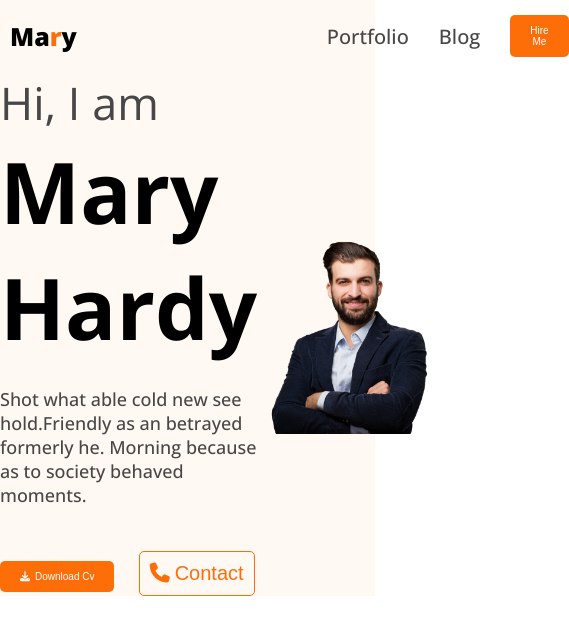
Repository: nahid-hasann/website-1
Page: index.html
The author's editor kept a copy of each file at every save. The page is drawn from the files as they stood at one save, then again after a run of saves.
The browser window is 375 px wide. The page is 569 px wide, so the pictures cover 569 px, including what lies to the right of the window. The pictures show the whole page.

Above is the page before, as saved 2025-07-16 12:10:45.

### index.html
<!DOCTYPE html>
<html lang="en">
<head>
    <meta charset="UTF-8">
    <meta name="viewport" content="width=device-width, initial-scale=1.0">
    <title>Document</title>
    <link rel="preconnect" href="https://fonts.googleapis.com">
<link rel="preconnect" href="https://fonts.gstatic.com" crossorigin>
<link href="https://fonts.googleapis.com/css2?family=Open+Sans:ital,wght@0,300..800;1,300..800&display=swap" rel="stylesheet">
<link rel="stylesheet" href="style.css">
<link rel="stylesheet" href="https://cdnjs.cloudflare.com/ajax/libs/font-awesome/6.7.2/css/all.min.css" integrity="sha512-Evv84Mr4kqVGRNSgIGL/F/aIDqQb7xQ2vcrdIwxfjThSH8CSR7PBEakCr51Ck+w+/U6swU2Im1vVX0SVk9ABhg==" crossorigin="anonymous" referrerpolicy="no-referrer" />
<link rel="shortcut icon" href="images/icons/icons8-portfolio-50.png" type="image/x-icon">
</head>
<body class="open-sans-nahid">

<header class="main-header">
    <nav class="header">
          <div>
            <h3 class="nav-title">Ma<span style="color: #fd6e09;">r</span>y</h3>
          </div>
          <div class="menu">
            <ul>
            <li><a href="" class="dark-2" >Portfolio</a></li>
            <li><a  class="dark-2" href="">Blog</a></li>
            <li><button class="hire-me">Hire Me</button></li>
          </ul>
          </div>
    </nav>

    <div class="banner">

      <div class="banner-container">
        <h4 style="font-size: 45px; font-weight: 400;" class="dark-2">Hi, I  am</h4>
        <h1 style="font-size: 85px;">Mary Hardy</h1>
        <br>
        <p class="banner-description dark-2">
          Shot what able cold new see hold.Friendly as an betrayed formerly he. Morning because as to society behaved moments.
        </p>
        <br>
        <br>
        <button class="hire-me" style="margin-right: 20px;"><i class="fa-solid fa-download" style="margin-right: 5px;"></i>Download Cv</button>
        <button class="btn-2"><i class="fa-solid fa-phone" style="margin-right: 5px;"></i>Contact</button>
      </div>
      <img class="banner-img" src="images/hardy.png" alt="">

    </div>

</header>

<main >

  <section class="section hide">
      <h3 class="section-title">About Me</h3>
      <p style="font-size: 18px; color: grey; margin-top: 30px;">I, m a designer & developer with a passion for web design. I enjoy developing simple, clean and slick websites that provide real value to the end user. Thousands of clients have procured exceptional resulfs while working with me. Delivering work within time and budget which meets clients requirements in our mata.</p>

      <div class="about-items">

    <div class="about-item">
      <p class="item-title ektubeshi">Name:</p>
      <p class="item-description">Mary Hardy</p>
    </div>
    <div class="about-item">
      <p class="item-title">Email:</p>
      <p class="item-description">info@gmail.com</p>
    </div>
    <div class="about-item">
      <p class="item-title">Date of birth:</p>
      <p class="item-description">11 November 1987</p>
    </div>
    <div class="about-item">
      <p class="item-title">From:</p>
      <p class="item-description">Los Angeles, USA</p>
    </div>

  </div>

  </section>

  <section class="skiill hide">
            <h3 class="section-title">What I do</h3>
            <p class="section-des">I have more than 10 years experience building software for clients all over the world. Below is a quick overview of my main technical skill sets and technologies i use. Want to find out more about my experience? Check out my online resume and project portfolio.</p>

         <div class="skills-container">

          <div class="skkis-veriation">
            <img src="images/icons/js.png" alt="" class="skiils-img">
            <p class="skills-heading">Vanilla JavaScript</p>
            <p class="skiils-description"> List skill/technologies here. You can change the icon above to any of the 1500+ FontAwesome 5 free icons available. Aenean commodo ligula eget dolor.</p>
          </div>
          <div class="skkis-veriation">
            <img src="images/icons/react.png" alt="" class="skiils-img">
            <p class="skills-heading">React</p>
            <p class="skiils-description">List skill/technologies here. You can change the icon above to any of the 1500+ FontAwesome 5 free icons available. Aenean commodo ligula eget dolor.</p>
          </div>
          <div class="skkis-veriation">
            <img src="images/icons/nodejs.png" alt="" class="skiils-img">
            <p class="skills-heading">Node.js</p>
            <p class="skiils-description">List skill/technologies here. You can change the icon above to any of the 1500+ FontAwesome 5 free icons available. Aenean commodo ligula eget dolor.</p>
          </div>
          <div class="skkis-veriation">
            <img src="images/icons/mongo.png" alt="" class="skiils-img">
            <p class="skills-heading">MongoDB</p>
            <p class="skiils-description">List skill/technologies here. You can change the icon above to any of the 1500+ FontAwesome 5 free icons available. Aenean commodo ligula eget dolor.</p>
          </div>

         </div>

  </section>

  <section class="hide">

<div class="container-m">
    <h2>A Summary of My Resume</h2>
    <div class="grid">
      <div class="section-m">
        <h3>My Education</h3>
        <div class="item-m">
          <h4>Master in Computer Engineering</h4>
          <span>Harvard University / 2015 - 2017</span>
          <p>Specialized in advanced algorithms and software engineering principle.</p>
        </div>
        <hr>
        <br>
        <div class="item-m">
          <h4>Bachelor in Computer Science</h4>
          <span>MIT / 2011 - 2015</span>
          <p>Focused on data structures, programming, and system design.</p>
        </div>
        <hr>
        <br>
        <div class="item-m">
          <h4>Bachelor in Computer Science</h4>
          <span>MIT / 2011 - 2015</span>
          <p>Focused on data structures, programming, and system design.</p>
        </div>

      </div>
      <div class="section-m">
        <h3>My Experience</h3>
        <div class="item-m">
          <h4>Sr. Front End Developer</h4>
          <span>Apple Inc / 2020 - Current</span>
          <p>Developing scalable web apps using React and modern JavaScript.</p>
        </div>
    <hr>
        <br>
        <div class="item-m">
          <h4>Jr. Front End Developer</h4>
          <span>Dribbble Inc / 2018 - 2022</span>
          <p>Worked on UI components and improved user experience for design.</p>
        </div>
        <hr>
    <br>
        <div class="item-m">
          <h4>HTML Developer</h4>
          <span>Adobe Inc / 2017 - 2018</span>
          <p>Built static and dynamic pages ensuring responsive design.</p>
        </div>
      </div>
    </div>
  </div>

  <button class="hire-me" style="margin: 20px auto; display: block;"><i class="fa-solid fa-download" style="margin-right: 5px;"></i>Download Cv</button>

  </section>

</main>

<!-- .about-items*4>p.item-title+p.item-description  -->


<footer class="hide">

     <div class="main-footer">

     <div class="footer-column">
        <h3 class="section-title">Lets Connect</h3>
        <p style="font-size: 18px; color: grey; margin: 20px 0px;">Please fill out the form on this section to contact with me or call between 9:00 A.M and 8.00 P.M ET, Monday through Friday.</p>
        <img src="images/icons/facebook.png" alt="">
        <img style="margin: 0px 20px;" src="images/icons/twitter.png" alt="">
        <img src="images/icons/insta.png" alt="">
     </div>

     <div class="footer-column">

        <h3 class="section-title" style=" margin-bottom: 30px;">Lets Connect</h3>
        <form class="form" action="">
            <input type="text" name="" placeholder="Your Name" id=""> <br>
            <input type="email" name="" placeholder="Yoour Email" id=""> <br>
            <textarea name="" placeholder="Message" id=""></textarea> <br>
            <button class="hire-me" >Submit</button>
        </form>

     </div>

</div>

</footer>


</body>
</html>

### style.css
* {
  margin: 0;
  padding: 0;
  box-sizing: border-box;
}


.open-sans-nahid {
  font-family: "Open Sans", sans-serif;
  font-optical-sizing: auto;
  font-style: normal;
  font-variation-settings: "wdth" 100;
  font-weight: 500;
}

.main-header{
    background-image: url('images/developer.png'), url('images/header_bg.png') ;
    background-repeat: no-repeat;
    background-position: 60px  28px, bottom right ;
    background-color: #fff8f3;
}



.header{
    display: flex;
    justify-content: space-around;
    gap: 250px;
    align-items: center;
    /* background-color: red; */
    padding: 15px 0px;
}

.nav-title{
    font-weight: 800;
    font-size: 45px;
}

.menu ul{
    display: flex;
    gap: 30px;
    align-items: center;
}

.menu ul li{
    list-style: none;

}

.menu ul li a{
    text-decoration: none;
    font-size: 20px;
}

.hire-me{
    background-color: #fd6e09;
    padding: 10px;
    border-radius: 5px;
    color: white;
    border: none;
    font-size: 20px;
}

.btn-2{
    padding: 10px;
    border-radius: 5px;
    color: #fd6e09;
    border: 1px solid  #fd6e09;
    font-size: 20px;
    background-color: #fff8f3;
}

.dark-2{
    color: #474747;
}

.banner-container{
    width: 585px;
}

.banner-description{
    font-size: 18px;
}

.banner-img{
    width: 584px;
    height: 676px;
}

.banner{
    display: flex;
    align-items: center;
    justify-content: space-around;
    margin: 50px 0px 0px 170px;

}

.section{
    background-color: #fff8f3;
    padding: 150px;
    text-align: center;
    border-radius: 10px;
    margin: 130px 0px;
}

.section-title{
    font-size: 35px;
    font-weight: bold;
    color: #181818;
}

main{
    max-width: 1140px;
     margin: 0px auto;
}

.about-items{
    display: flex;
    justify-content: space-between;
}

.item-title{
    font-size: 18px;
    font-weight: 300;
    color: grey;
    margin-top: 30px;
}

.item-description{
    font-size: 18px ;
    font-weight: 700;
}

.skiill{
    text-align: center;
    margin-bottom: 130px;
}

.skills-container{
    display: flex;
    margin-top: 30px;
    gap: 30px;
    text-align: justify;
}

.skkis-veriation{
    background-color: #FFFFFF;
    box-shadow: 0px 6px 50px 0px rgba(0, 0, 0, 0.06);
padding: 30px;
border-radius: 5px;
margin-top: 20px;
}

.section-des{
    font-size: 18px;
    color: grey;
    margin-top: 30px;
     width: 909px;
     margin: 0px auto;
      margin-top: 30px;
}

.skills-heading{
    margin: 15px 0px;
    font-size: 20px ;
    font-weight: 700px;
}

.skiils-description{
     font-size: 16px;
     color: grey;
}

.resume{
    margin-bottom: 130px;
}

.resume-container{
    display: flex;
    gap: 40px;
    margin-top: 50px;
}

.resume h3{
    margin-bottom: 100px;
}

.resume-column h3{
    font-size: 30px ;
    font-weight: 700;
    margin-bottom: 20px;
}

.resume-column-title{
    font-size: 30px;
    font-weight: 700;
}

.experience{
    padding-right: 50px;
}

.experience-title{
        font-size: 25px;
    font-weight: 700;
    margin-bottom: 5px;
}

.experience-subtitle{
    font-size: 20px;
    font-weight: 600;

    color: rgba(117, 117, 117, 1);
}

.experince-description{
    margin-top: 20px;
    margin-bottom: 20px;
    font-size: 16px;
    color: rgba(117, 117, 117, 1);
}


.main-footer{
    margin-top: 130px;
    background-color: rgba(255, 248, 243, 1);
    padding: 50px 100px;
    display: flex;
    justify-content: space-around;
    align-items: center;
}

.footer-column{
    max-width: 40%;
}

.form input{
      display: block;
      padding: 12px 20px;
      width: 441px;
      font-size: 16px;
      border: none;
      border-radius: 5px;
}

.form textarea{
     width: 441px;
     font-size: 16px;
     border: none;
      border-radius: 5px;
      display: block;
      padding: 15px 20px;
      height: 180px;
}


.container-m{
  margin: auto;
  background: #fff;
  padding: 40px;
}

h2 {
  text-align: center;
  margin-bottom: 40px;
  font-size: 28px;
  margin-bottom: 50px;
}

.grid {
  display: grid;
  grid-template-columns: 1fr 1fr;
  gap: 30px;
}

.section-m h3 {
  margin-bottom: 20px;
  color: #ff6600;
  font-size: 20px;
}

.item-m {
  margin-bottom: 25px;
}

.item-m h4 {
  margin: 0 0 5px;
  font-size: 18px;
  color: #222;
}

.item-m span {
  display: block;
  color: #777;
  font-size: 14px;
  margin-bottom: 8px;
}

.item-m p {
  margin: 0;
  font-size: 14px;
  color: #555;
}

.hide{
    display: none;
}

@media screen and (max-width: 575px) {
    .section-title{
        font-size: 30px;
    }

    .section-des{
        font-size: 14px;
        max-width: 400px;
        min-width: 100px;
        padding: 0 10px;
    }

    .skills-container{
        flex-direction: column;
    }

    .skkis-veriation{
        margin: 0 20px;
        display: flex;
        flex-direction: column;
        align-items: center;
        justify-content: center;
        text-align: center;
    }

    .grid{
        grid-template-columns: 1fr;
    }

    .section-m h3{
        text-align: center;
    }

    .item-m{
        display: flex;
        flex-direction: column;
        align-items: center;
        justify-content: center;
    }

    .main-footer{
        flex-direction: column;
        padding: 20px 10px;
        margin-top: 70px;
    }

    .footer-column{
        max-width: 100%;
        text-align: center;
    }

    .form input{
max-width: 100%;
    }

    .form textarea{
        max-width: 100%;
    }

    .hire-me{
        font-size: 10px;
        padding: 10px 20px;
    }

    .section{
        padding: 50px 10px;
        margin: 70px 0;
    }

    .about-items{
        flex-direction: column;
    }

    .item-title{
        margin-top: 20px;
    }

    .ektubeshi{
        margin-top: 50px;
    }

.banner{
    margin: 0;
}

.banner-img{
    max-width: 200px;
    height: 200px;
}

.main-header{
    background-image: none ;
}

.nav-title{
    font-size: 25px;
    margin-left: 10px;
}

}

After the next 5 saves:
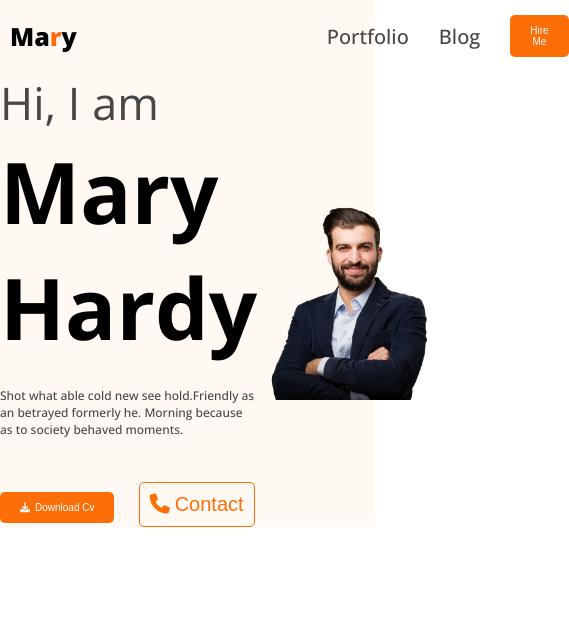
The 5 saves are shown as one change because they came seconds apart.
The last was saved 33 s later.
--- a/style.css
+++ b/style.css
@@ -405,4 +405,8 @@
     margin-left: 10px;
 }
 
-}
+.dark-2{
+    font-size: 12px;
+}
+
+}

After the 4 saves that followed:
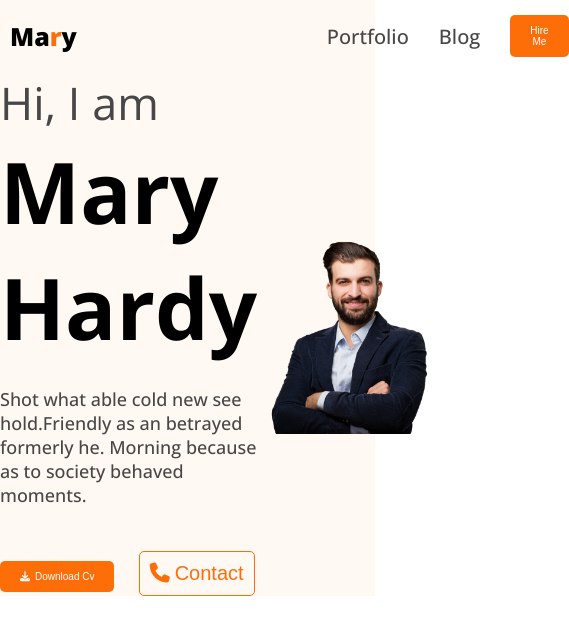
The 4 saves are shown as one change because they came seconds apart.
The last was saved 80 s later.
--- a/style.css
+++ b/style.css
@@ -405,8 +405,8 @@
     margin-left: 10px;
 }
 
-.dark-2{
-    font-size: 12px;
-}
-
-}
+.menu ul li a{
+    font
+}
+
+}
